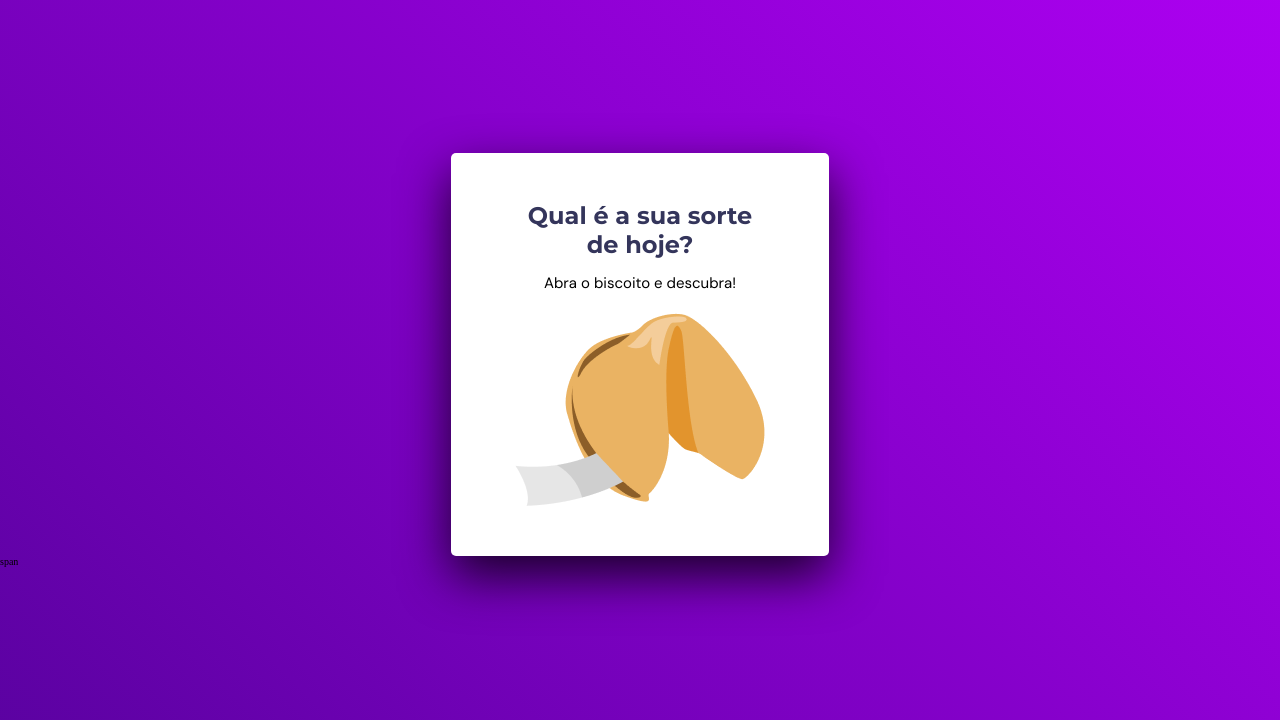
Repository: caueenrico/cookieCoach
Page: index.html
An editor plug-in stored every save of this project. The page is shown before and after the next save, followed by the edit.
The browser window is 1280 px wide. The pictures show the whole page.

Above is the page before, as saved 2023-06-27 18:46:54.

After the next save:
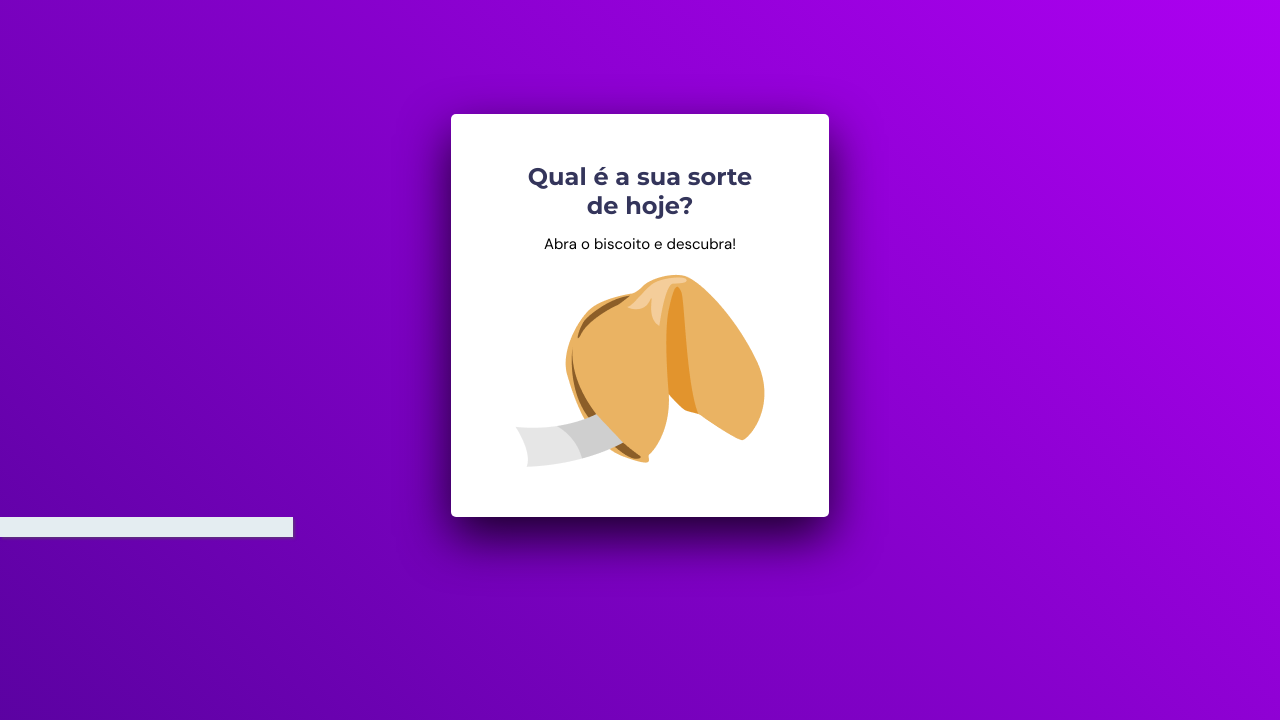
Saved 4 s later.
--- a/index.html
+++ b/index.html
@@ -41,7 +41,7 @@
 
     </main>
 
-    span
+    <span></span>
   </body>
   <script src="script.js"></script>
 </html>
